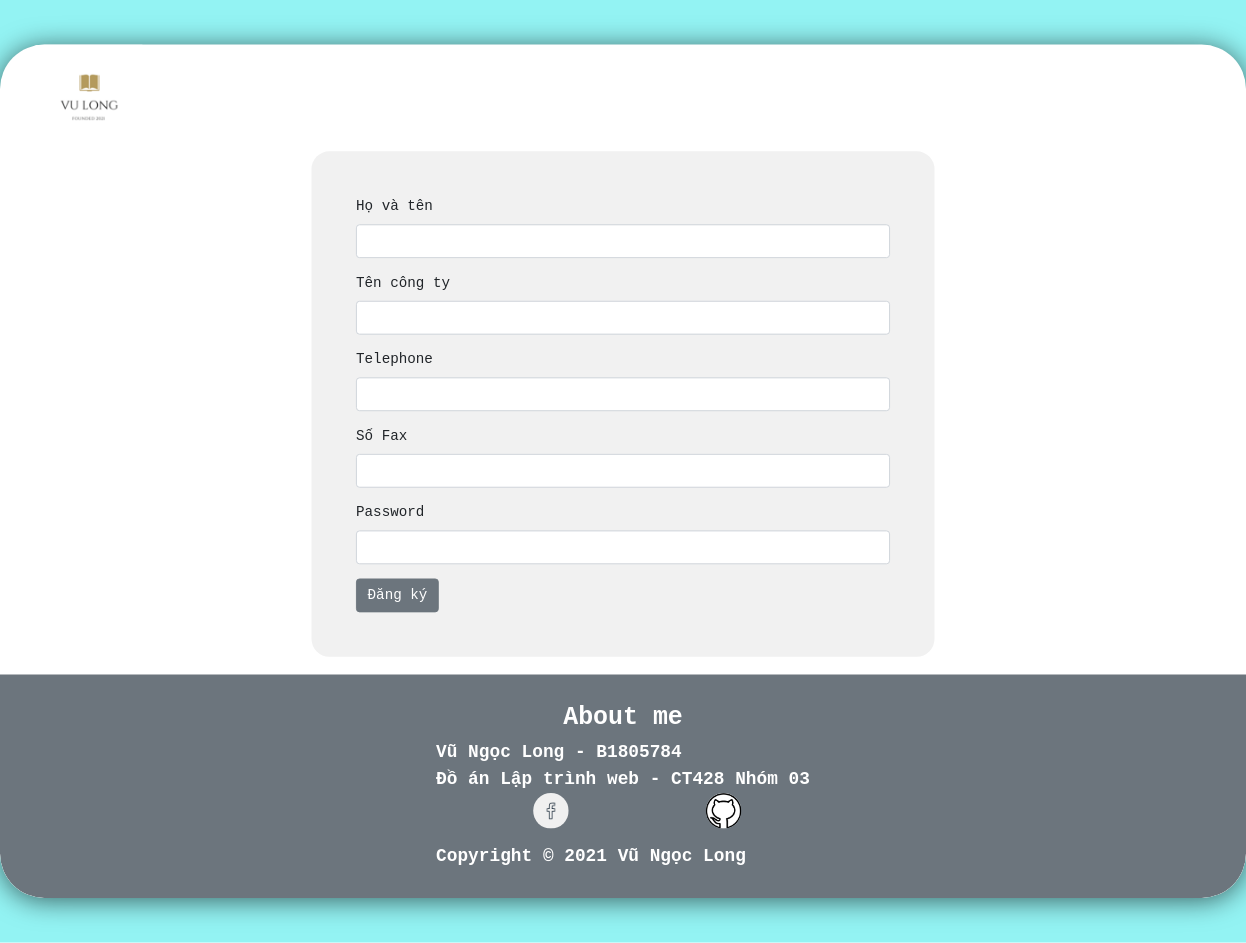
Repository: VuNgocLong2626/exercise_web_CT428
Page: VuNgocLongB1805784/user/dangky.html
The author's editor kept a copy of each file at every save. The page is drawn from the files as they stood at one save, then again after the next save.
The browser window is 1280 px wide. The page is 1400 px wide, so the pictures cover 1400 px, including what lies to the right of the window. The pictures show the whole page, at 89% of full size.

Above is the page before, as saved 2021-10-05 19:19:45.

### VuNgocLongB1805784/user/dangky.html
<!DOCTYPE html>
<html lang="en">
<head>
    <meta charset="UTF-8">
    <meta http-equiv="X-UA-Compatible" content="IE=edge">
    <meta name="viewport" content="width=device-width, initial-scale=1.0">
    <link href="https://cdn.jsdelivr.net/npm/bootstrap@5.0.2/dist/css/bootstrap.min.css" rel="stylesheet" integrity="sha384-EVSTQN3/azprG1Anm3QDgpJLIm9Nao0Yz1ztcQTwFspd3yD65VohhpuuCOmLASjC" crossorigin="anonymous">
    <link rel="stylesheet" href="./css/test.css">
    <title>Document</title>
</head>
<body>
    <div class="main-contens">
        <div class="header">
            <a href="#"><img src="./image/logo120.png" alt="hinh logo" style="margin-left: 40px;"></a>

        </div>

        <div class="from-login">
            <form>
                <div class="mb-3">
                    <label for="" class="form-label">Họ và tên</label>
                    <input type="text" class="form-control" id="Hten">
                </div>
                <div class="mb-3">
                    <label for="" class="form-label">Tên công ty</label>
                    <input type="text" class="form-control" id="cty">
                </div>
                <div class="mb-3">
                    <label for="" class="form-label">Telephone</label>
                    <input type="text" class="form-control" id="telephone">
                </div>
                <div class="mb-3">
                    <label for="" class="form-label">Số Fax</label>
                    <input type="text" class="form-control" id="sofax">
                </div>
                <div class="mb-3">
                    <label for="" class="form-label">Password</label>
                    <input type="password" class="form-control" id="password">
                </div>
                <button type="submit" class="btn btn-secondary">Đăng ký</button>
              </form>
        </div>

        <footer>
            <h3 style="font-weight: bold;">About me</h3>
            <div class=>
                <div>Vũ Ngọc Long - B1805784
                    <br>
                    Đồ án Lập trình web - CT428 Nhóm 03
                </div>
                <ul style="list-style: none; display: flex;">
                    <li><a href="#" target="_blank"><img src="./image/fb.png" alt="Github icon" style="width: 40px;height: 40px; border-radius: 200px;"></a></li>
                    <li><a href="#" target="_blank"><img src="./image/github.png" alt="Linked icon" style="width: 40px;height: 40px; border-radius: 200px;"></a></li>
                </ul>
                <div>
                    Copyright © 2021 Vũ Ngọc Long
                </div>
            </div>
        </footer>
    </div>
</body>
</html>

### VuNgocLongB1805784/user/css/test.css
* {
    margin: 0;
    padding: 0;
    box-sizing: border-box;
  }

body{
    font-family: 'Courier New', Courier, monospace;
    /* font-family: 'Times New Roman', Times, serif; */
    background-color: rgb(147, 243, 243);
}

.main-contens{
    overflow: auto;
    display: block;
    width: 1400px;
    height: 100%;
    background-color: white;
    margin: 50px auto;
    border-radius: 50px;
    box-shadow:0 3px 30px 0 rgba(0, 0, 0, 0.6);
}

/* header{
    z-index: 1200;
    position: -webkit-sticky;
    position: sticky;
    background-color: red;
    width: 100%;
    height: 100px;
} */

.header{

    position: -webkit-sticky;
    position: sticky;
    height: 120px;
    width: 100%;
    /* background-color: brown;  */
    z-index: 3333;
    justify-content: space-between;
    display: flex;
    align-items: center;
    left: 0;
    top: 0;
}

.from-individual{
    justify-content: flex-end;
    display: flex;
    margin-right: 50px;
}

/* .fa{
    display: inline-block;
    font: normal normal normal 14px/1 FontAwesome;
    text-rendering: auto;
    -webkit-font-smoothing: antialiased;
}

.fa-login{
    content: "\f090";
} */

.login{
    padding: 10px;
}

.register{
    padding: 10px;
}

.main-contens .baner{
    display: flexbox;
    margin: auto;
    /* background: violet; */
    background-image: none;
    background-repeat: no-repeat;
    background-position: center center;
    background-size: cover;
    width: 95%;
    height: 484px;
    margin: auto;
    margin-top: 20px;

}
.baner img{
    box-shadow:0 3px 20px 0 rgba(0, 0, 0, 0.6);
    border-radius: 100px;
    display: block;
    width: 100%;
    height: 474px;
}


.selling-products{
    overflow: auto;
    margin-top: 20px;
    /*  background-color: lawngreen; */
    width: 100%;
    height: 450px;
    /* display: flex; */
}

.selling-products .selling{
    width: 47%;
    height: 320px;
    overflow: auto;
    background-color: #f1f1f1;
    margin: 10px auto;
    box-shadow:0 3px 10px 0 rgba(0, 0, 0, 0.6);
    border-radius: 20px;
    /* padding: 20px; */
    /* font-size: 30px; */
}

.row-style{
    width: 658px;
    height: 320px;
}

.selling-products .title{
    display: block;
    width: 100%;
    height: 15%;
    /* background-color: #f1f1f1; */
    margin: 10px auto;
    padding-left: 40px;
    font-size: 35px;
    font-weight: bold;
    color: #6c757d;

}

.information-hot{
    display: flex;
    width: 100%;
    height: 350px;
}

.title-hot{
    margin: 20px 0;
    font-size: 20px;
    font-weight: bold;
}

.content-hot{
    height: 210px;
    width: 360px;
    overflow: auto;
}

.btn-hot{
    margin: 0 60px;
    font-size: 18px;
    width: 200px;
}

.all-products{
    overflow: auto;
    margin-top: 40px;
    /* background-color: red; */
    width: 100%;
    height: 1500px;
}

.all-products nav{
    overflow: auto;
    margin-top: 10px;
    width: 100%;
    height: 50px;
    /* background-color: rgb(52, 226, 12); */
    display: flex;
    justify-content: center;
}

nav > button{
    margin: 0 20px;
}

.all-products .products{
    /* display: flexbox; */
    overflow: auto;
    width: 100%;
    height: 1400px;
    /* background-color: gold; */
    /* justify-items: center;
    align-content: center; */
    padding-left: 60px;
}

.books{
    overflow: auto;
    float: left;
    width: 22%;
    height: 420px;
    background-color: #f1f1f1;
    margin: 13px 13px;
    border-radius: 20px;
}

.books:hover{
    box-shadow:0 3px 10px 0 rgba(0, 0, 0, 0.6);
    border-radius: 20px;
}

footer{
    height: 251px;
    border-radius: 0 0 50px 50px;
    width: 100%;
    background-color: #6c757d;
    margin-top: 20px;
    padding: 30px 0;
    display: flex;
    flex-direction: column;
    justify-content: center;
    align-items: center;
    color: white;
    font-size: 20px;
    font-weight: bold;
}

footer li{
    margin: auto;
}

.from-detail{
    /* overflow: auto; */
    margin: auto;
    height: 100%;
    width: 60%;
    background-color: #f1f1f1;
    border-radius: 50px;
}

.from-detail:hover{
    box-shadow:0 3px 10px 0 rgba(0, 0, 0, 0.6);
}

.all-cart{
    width: 90%;
    height: 100%;
    margin: auto;
    align-items: center;
    justify-content: center;
    justify-items: center;
}

.all-cart > h2{
    color: #6c757d;
    font-weight: bold;
    margin-bottom: 30px;
}

.from-login{
    margin: auto;
    width: 50%;
    background-color: #f1f1f1;
    border-radius: 20px;
}

.from-login > form{
    padding: 50px;
}

.link-register{
    margin-top: 10px;
    color: #f1f1f1;
}
.link-register > a{
    text-decoration: none;
}

After the next save:
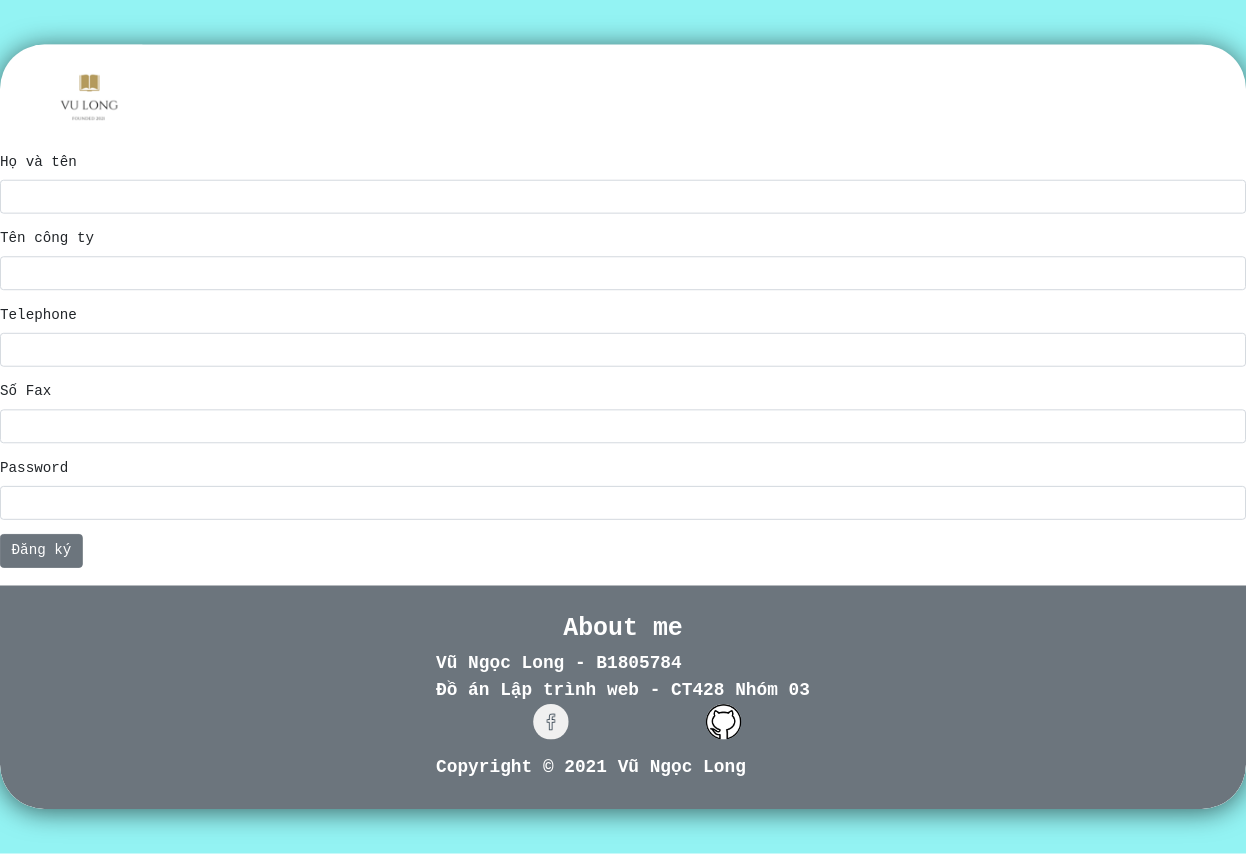
Saved 111 s later.
--- a/VuNgocLongB1805784/user/dangky.html
+++ b/VuNgocLongB1805784/user/dangky.html
@@ -15,7 +15,7 @@
 
         </div>
 
-        <div class="from-login">
+        <div class="from-register">
             <form>
                 <div class="mb-3">
                     <label for="" class="form-label">Họ và tên</label>
